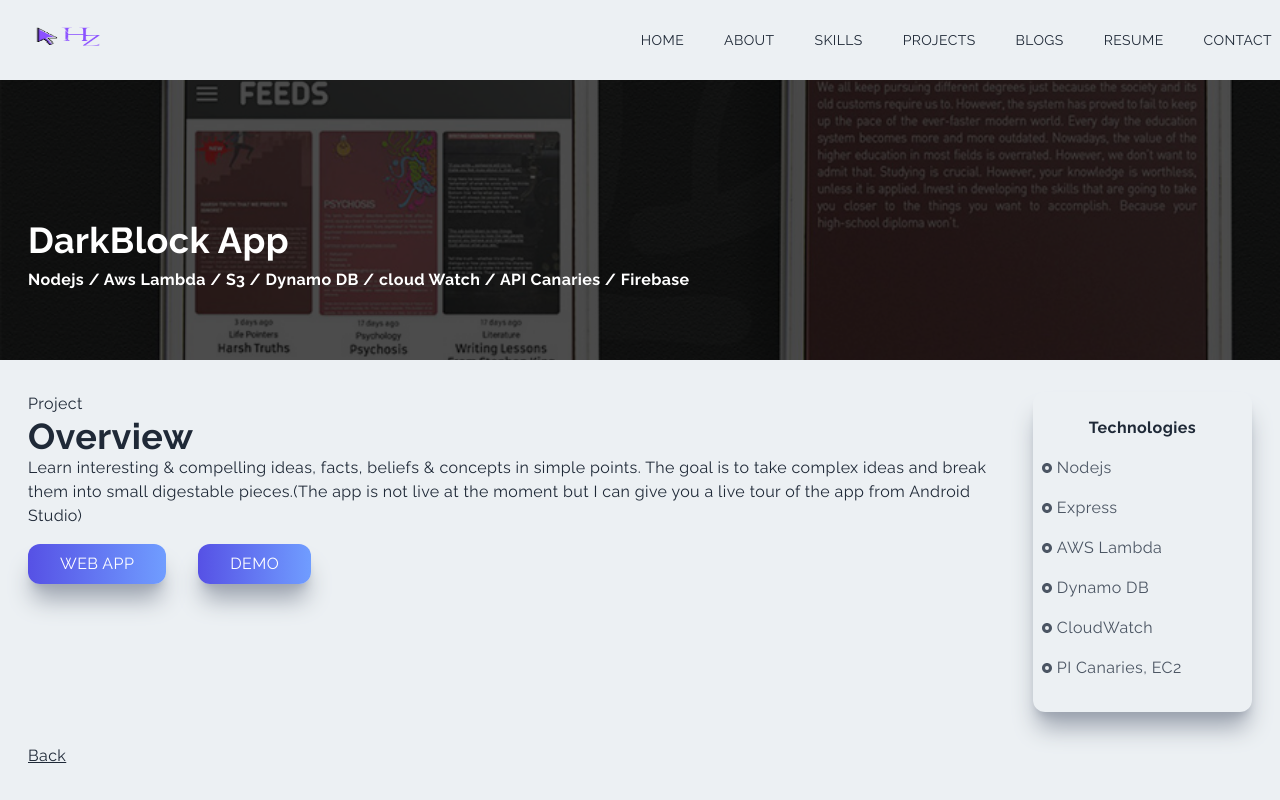
Repository: Hasnainzxc/testofolio
Page: /thinkaway
An editor plug-in stored every save of this project. The page is shown before and after the next save, followed by the edit.
The browser window is 1280 px wide. The pictures show the whole page.
The project was rebuilt for these pictures with package versions that can differ from the ones it lists, and the page was loaded fresh each time. The framework's server and built-in components were replaced by stand-ins that run in the browser. Also part of the build but not shown: next.config.js.

Above is the page before, as saved 2023-01-29 07:33:39.

After the next save:
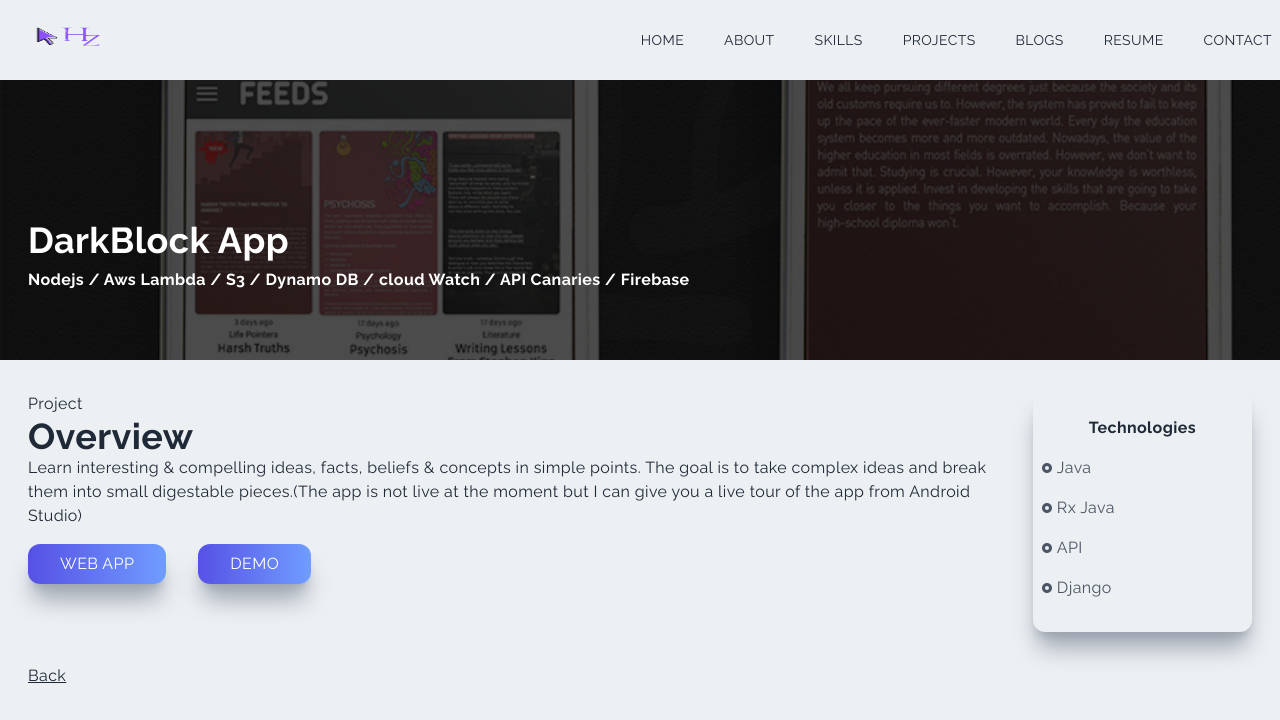
Saved 55 s later.
--- a/pages/thinkaway.jsx
+++ b/pages/thinkaway.jsx
@@ -54,23 +54,18 @@
             <p className='text-center font-bold pb-2'>Technologies</p>
             <div className='grid grid-cols-3 md:grid-cols-1'>
               <p className='text-gray-600 py-2 flex items-center'>
-                <RiRadioButtonFill className='pr-1' /> Nodejs
+                <RiRadioButtonFill className='pr-1' /> Java
               </p>
               <p className='text-gray-600 py-2 flex items-center'>
-                <RiRadioButtonFill className='pr-1' /> Express
+                <RiRadioButtonFill className='pr-1' /> Rx Java
               </p>
               <p className='text-gray-600 py-2 flex items-center'>
-                <RiRadioButtonFill className='pr-1' /> AWS Lambda
+                <RiRadioButtonFill className='pr-1' /> API
               </p>
               <p className='text-gray-600 py-2 flex items-center'>
-                <RiRadioButtonFill className='pr-1' />  Dynamo DB
+                <RiRadioButtonFill className='pr-1' />  Django
               </p>
-              <p className='text-gray-600 py-2 flex items-center'>
-                <RiRadioButtonFill className='pr-1' /> CloudWatch
-              </p>
-              <p className='text-gray-600 py-2 flex items-center'>
-                <RiRadioButtonFill className='pr-1' /> PI Canaries, EC2
-              </p>
+
             </div>
           </div>
         </div>
